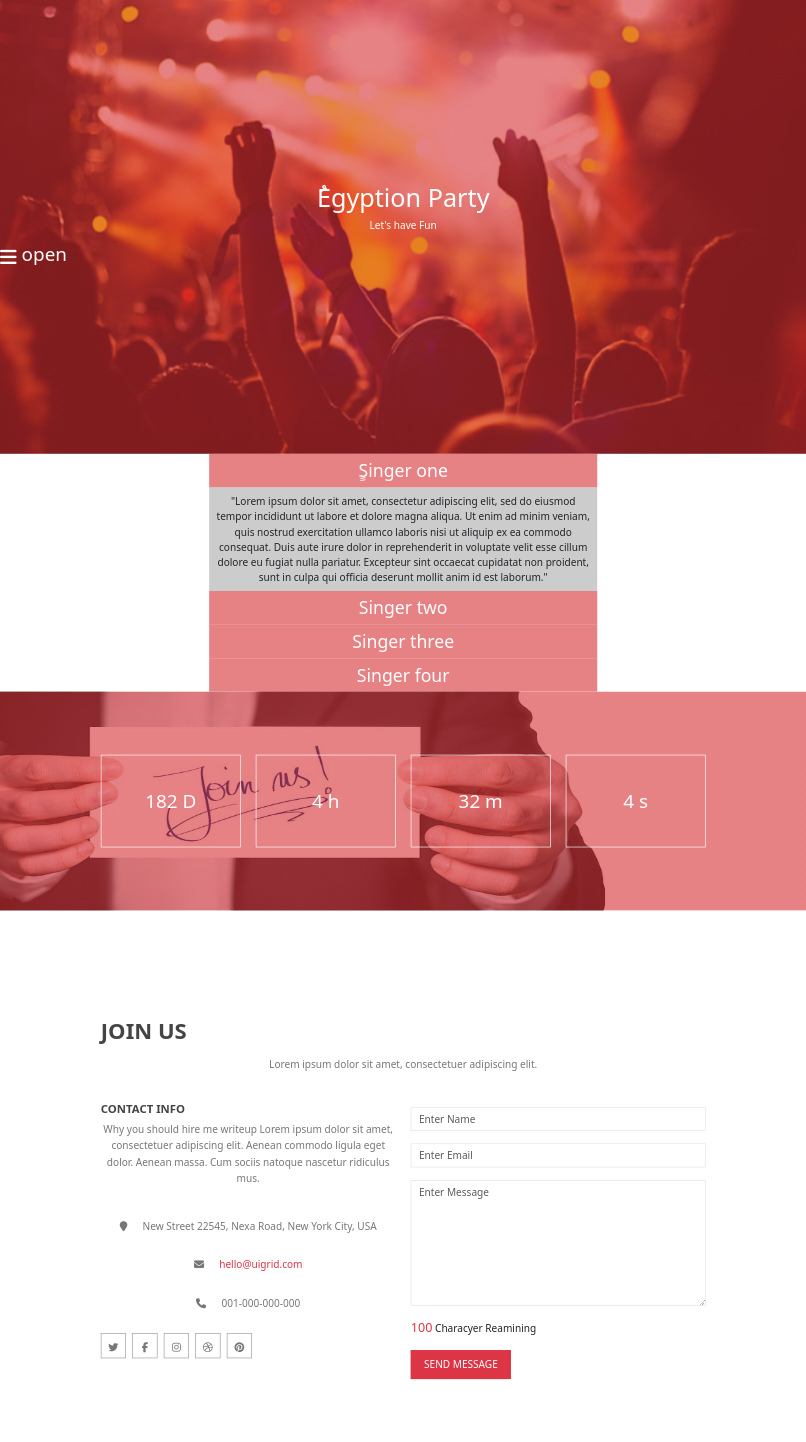
Repository: HagarYousry/jQuery
Page: index.html
An editor plug-in stored every save of this project. The page is shown before and after a run of saves, followed by the edit.
The browser window is 1280 px wide. The pictures show the whole page, at 63% of full size.

Above is the page before, as saved 2024-07-25 20:13:09.

### index.html
<!DOCTYPE html>
<html lang="en">

<head>
    <meta charset="UTF-8">
    <meta name="viewport" content="width=device-width, initial-scale=1.0">
    <title>Egyption party</title>
    <!-- web fonts  -->
    <link rel="stylesheet" href="css/all.min.css">
    <!-- bootstrap -->
    <link rel="stylesheet" href="css/bootstrap.min.css">
    <!-- main css -->
    <link rel="stylesheet" href="css/main.css">
</head>

<body>
    <!--start home  -->
    <section id="home">
        <div id="sideNav" class="bg-black p-5">
            <a class="p-0 closeIcon">
                <i class="fa-solid fa-xmark "></i>
            </a>
            <a class="sideNav-link mt-2" href="#home">Home</a>
            <a class="sideNav-link" href="#Acordion">Duration</a>
            <a class="sideNav-link" href="#contact">Contact</a>
            <a class="sideNav-link" href="#count">Details</a>
        </div>

        <div class="home-title d-flex justify-content-center align-items-center flex-column vh-100 text-white">
            <h1>ُEgyption Party</h1>
            <p>Let's have Fun</p>
            <span class="navIcon align-self-start d-flex align-items-center">
                <i class="fa-solid fa-bars"></i>
                <h4 class="ms-2">open</h4>
            </span>
        </div>
    </section>
    <!-- start Acordion section  -->
    <section id="Acordion" class="text-center">

        <div class="container w-50 ">
            <h3 class="toggle">ٍSinger one</h3>
            <div class="inner first">"Lorem ipsum dolor sit amet, consectetur adipiscing elit, sed do eiusmod tempor
                incididunt ut labore et dolore magna aliqua. Ut enim ad minim veniam, quis nostrud exercitation ullamco
                laboris nisi ut aliquip ex ea commodo consequat. Duis aute irure dolor in reprehenderit in voluptate
                velit
                esse cillum dolore eu fugiat nulla pariatur. Excepteur sint occaecat cupidatat non proident, sunt in
                culpa
                qui officia deserunt mollit anim id est laborum."
            </div>


            <h3 class="toggle">Singer two</h3>
            <div class="inner">"Sed ut perspiciatis unde omnis iste natus error sit voluptatem accusantium doloremque
                laudantium, totam rem aperiam, eaque ipsa quae ab illo inventore veritatis et quasi architecto beatae
                vitae
                dicta sunt explicabo. Nemo enim ipsam voluptatem quia voluptas sit aspernatur aut odit aut fugit, sed
                quia
                consequuntur magni dolores eos qui ratione voluptatem sequi nesciunt. Neque porro quisquam est, qui
                dolorem
                ipsum quia dolor sit amet, consectetur, adipisci velit, sed quia non numquam eius modi tempora incidunt
                ut
                labore et dolore magnam aliquam quaerat voluptatem. Ut enim ad minima veniam, quis nostrum
                exercitationem
                ullam corporis suscipit laboriosam, nisi ut aliquid ex ea commodi consequatur? Quis autem vel eum iure
                reprehenderit qui in ea voluptate velit esse quam nihil molestiae consequatur, vel illum qui dolorem eum
                fugiat quo voluptas nulla pariatur?"
            </div>


            <h3 class="toggle">Singer three</h3>
            <div class="inner">"But I must explain to you how all this mistaken idea of denouncing pleasure and praising
                pain was born and I will give you a complete account of the system, and expound the actual teachings of
                the
                great explorer of the truth, the master-builder of human happiness. No one rejects, dislikes, or avoids
                pleasure itself, because it is pleasure, but because those who do not know how to pursue pleasure
                rationally
                encounter consequences that are extremely painful. Nor again is there anyone who loves or pursues or
                desires
                to obtain pain of itself, because it is pain, but because occasionally circumstances occur in which toil
                and
                pain can procure him some great pleasure. To take a trivial example, which of us ever undertakes
                laborious
                physical exercise, except to obtain some advantage from it? But who has any right to find fault with a
                man
                who chooses to enjoy a pleasure that has no annoying consequences, or one who avoids a pain that
                produces no
                resultant pleasure?"
            </div>


            <h3 class="toggle">Singer four</h3>
            <div class="inner">"At vero eos et accusamus et iusto odio dignissimos ducimus qui blanditiis praesentium
                voluptatum deleniti atque corrupti quos dolores et quas molestias excepturi sint occaecati cupiditate
                non
                provident, similique sunt in culpa qui officia deserunt mollitia animi, id est laborum et dolorum fuga.
                Et
                harum quidem rerum facilis est et expedita distinctio. Nam libero tempore, cum soluta nobis est eligendi
                optio cumque nihil impedit quo minus id quod maxime placeat facere possimus, omnis voluptas assumenda
                est,
                omnis dolor repellendus. Temporibus autem quibusdam et aut officiis debitis aut rerum necessitatibus
                saepe
                eveniet ut et voluptates repudiandae sint et molestiae non recusandae. Itaque earum rerum hic tenetur a
                sapiente delectus, ut aut reiciendis voluptatibus maiores alias consequatur aut perferendis doloribus
                asperiores repellat."

            </div>

        </div>
    </section>
    <!-- end Acordion section  -->

    <!-- start count section  -->
    <section id="count">
        <div class="container-fluid w-75 text-center text-white">
            <div class="row">
                <div class="col-md-3">
                    <div class="time">
                        <span class="days">00</span>
                    </div>
                </div>

                <div class="col-md-3">
                    <div class="time">
                        <span class="hours">00</span>
                    </div>
                </div>

                <div class="col-md-3">
                    <div class="time">
                        <span class="minutes">00</span>
                    </div>
                </div>

                <div class="col-md-3">
                    <div class="time">
                        <span class="seconds">00</span>
                    </div>
                </div>

            </div>
        </div>
    </section>
    <!-- end count section  -->

    <!-- start contact-us section  -->
    <section id="contact">
        <div class="container-fluid w-75">
            <div class="head">
                <h2 class="text-uppercase fw-bold">Join Us</h2>
                <p class="text-center">Lorem ipsum dolor sit amet, consectetuer adipiscing elit.</p>
            </div>
            <div class="row mt-5">
                <div class="col-md-6">
                    <div class="col-info">
                        <h3 class="text-uppercase">CONTACT INFO</h3>
                        <p class="text-center">Why you should hire me writeup Lorem ipsum dolor sit amet, consectetuer
                            adipiscing elit.
                            Aenean commodo ligula eget dolor. Aenean massa. Cum sociis natoque nascetur ridiculus mus.
                        </p>

                        <div class="icons text-center">
                            <p><i class="fa fa-map-marker"></i> New Street 22545, Nexa Road, New York City, USA</p>

                            <p class="text-danger"><i class="fa fa-envelope"></i> hello@uigrid.com</p>
                            <p><i class="fa fa-phone"></i> 001-000-000-000</p>
                        </div>

                        <div class="social d-flex align-items-center">

                            <i class="fab fa-twitter fa-fw"></i>
                            <i class="fab fa-facebook-f fa-fw"></i>
                            <i class="fab fa-instagram fa-fw"></i>
                            <i class="fab fa-dribbble fa-fw"></i>
                            <i class="fab fa-pinterest fa-fw"></i>

                        </div>
                    </div>
                </div>

                <div class="col-md-6">
                    <form>

                        <input class="form-control mt-2" type="text" placeholder="Enter Name">
                        <input class="form-control" type="email" placeholder="Enter Email">
                        <textarea class="form-control " placeholder="Enter Message"></textarea>
                        <span id="chars" class="text-danger">100</span> Characyer Reamining
                        <button class="btn btn-danger text-uppercase">Send Message</button>

                    </form>
                </div>
            </div>
        </div>
    </section>
    <!-- end contact-us section  -->


    <!-- jquery  -->
    <script src="js/jquery-3.7.1.min.js"></script>
    <!-- index js  -->
    <script src="js/index.js"></script>


</body>

</html>

### css/main.css
#home{
    height: 100vh;
    background-image: linear-gradient(rgba(214, 46, 51, 0.6), rgba(214, 46, 51, 0.6)),
        url(../imgs/events-heavenly-header.jpg);
    background-position: center;
    background-size: cover;
    background-repeat: no-repeat;
}

#sideNav {
    position: fixed;
    top: 0;
    bottom: 0;
    left: 0;
    display: flex;
    flex-direction: column;
    z-index: 9999;
}

#sideNav a{
    padding: 20px;
    text-decoration: none;
    font-size: 25px;
    color: #818181;
    display: block;
    color: white;
    transition: 0.3s;
}

.closeIcon {
    position: absolute;
    top: 0;
    right: 25px;
    font-size: 26px;
    margin-left: 50px;
    color: white;
    padding-bottom: 10px;
    transition: 0.3s;
    cursor: pointer;
}

#sideNav a:hover {
    color: rgba(214, 46, 51, 0.4);
}

.navIcon i,
.navIcon h4 {
    font-size: 30px;
    cursor: pointer;
}

/* #sideNav {
    position: fixed;
    top: 0;
    bottom: 0;
    left: 0;
    display: flex;
    z-index: 9999;
}

#sideNav .navAnchor {
    padding: 40px 0 0 0;
    position: relative;
}

#sideNav .navAnchor ul {
    padding: 0 20px 0 20px;
}

#sideNav .navAnchor ul li {
    padding: 25px;
    list-style: none;
    cursor: pointer;
}

#sideNav .navAnchor ul li:hover a {
    color: rgba(214, 46, 51, 0.4);
}

#sideNav .navAnchor ul li a {
    text-decoration: none;
    font-size: 25px;
    color: white;
    transition: 0.3s all;
}


.closeIcon {
    position: absolute;
    top: 0;
    right: 25px;
    font-size: 26px;
    margin-left: 50px;
    color: white;
}

.navIcon {
    border-radius: 20px 20px;
}

.navIcon i,
.navIcon h4 {
    font-size: 30px;
    cursor: pointer;
}

@media (max-width: 991.98px) {
    .navIcon {
        align-self: flex-start !important;
    }

    .navIcon .navIcon-content {
        flex-direction: column;
    }
}


header {
    height: 100vh;
    background-image: linear-gradient(rgba(214, 46, 51, 0.6), rgba(214, 46, 51, 0.6)),
        url(../imgs/events-heavenly-header.jpg);
    background-position: center;
    background-size: cover;
    background-repeat: no-repeat;
}

header h1 {
    font-size: 60px;
} */



/* start Acordion section  */
#Acordion {
    padding: 100px auto;
}

.toggle {
    background-color: rgba(214, 46, 51, 0.6);
    cursor: pointer;
    color: white;
    padding: 10px;
    margin: 0px;
}

.inner {
    background-color: rgb(204, 204, 204);
    display: none;
    padding: 10px;
}

#Acordion .first {
    display: block;
}

/* end Acordion section  */

/* start count section  */

#count {
    background-image: linear-gradient(rgba(214, 46, 51, 0.6), rgba(214, 46, 51, 0.6)), url(../imgs/invitation-2508607__340.jpg);
    background-repeat: no-repeat;
    background-position: center center;
    background-size: 100% 100%;
    position: relative;
}

.container-fluid {
    padding: 100px 0px;
}

.time {
    padding: 50px;
    border: 1px solid #FFF;
    font-weight: 500;
    font-size: 30px;
}

/* end count section  */

/* start contact-us section  */
#contact {
    margin-top: 70px;
}

#contact .head h2 {
    font-size: 35px;
    color: #444;
    margin-bottom: 20px;
}

#contact .head p {
    color: #777;
    font-weight: 300;
    font-size: 16px;
}

#contact .col-md-6 .col-info .icons {
    margin-top: 50px;
}

#contact .col-md-6 .col-info .icons p {
    margin-bottom: 35px;
}

#contact .col-md-6 .col-info h3 {
    color: #444;
    font-size: 18px;
    font-weight: 900;
}

#contact .col-md-6 .col-info p {
    font-size: 16px;
    line-height: 26px;
    color: #777;
}

#contact i {
    margin-right: 20px;
    color: #777;
}

#contact .col-md-6 .col-info .social i {
    margin-right: 10px;
    border: 1px solid #999;
    width: 40px;
    height: 40px;
    line-height: 42px;
    cursor: pointer;
    text-align: center;
    transition: 0.5s all;
}

#contact .col-md-6 .col-info .social i:hover {
    color: #fff;
    background-color: #D62E33;
    border: 1px solid #D62E33;
}

#contact .col-md-6 form input,
#contact .col-md-6 form textarea {
    margin-bottom: 20px;
    border-radius: 0;
}

#contact .col-md-6 form textarea {
    height: 200px;
    resize: vertical;
}

#contact .col-md-6 form button {
    padding: 10px 20px;
    border-radius: 0;
    margin-top: 20px;
    display: block;
}

#contact .col-md-6 form #chars {
    font-size: 20px;
}
/* end contact-us section  */

### js/index.js
/// <reference types="../@types/jquery"/>

// start sideNav

const sideNavwidth = $('#sideNav').outerWidth(true);
console.log(sideNavwidth);


//! first: Close sideNav
$('#sideNav')
    .animate({ left: -sideNavwidth }, 0);

// open
$('.navIcon')
    .on('click', function () {
        $(this).anomate
        $('#sideNav').animate({left :0 }, 1000);


    })

//! closeIcon
$('.closeIcon')
    .on('click', function () {
        isOpen = !isOpen;
        $('#sideNav')
            .animate({ left: -sideNavwidth }, 1000);
        $('.home-content').animate({ marginLeft: 0 }, 1000)
    })


//! scroll to sections
$('.sideNav-link[href^="#"]')
    .on('click', function () {
        const sectionId = $(this).attr('href');
        // console.log(section);
        //! get section top
        const sectionTop = $(sectionId).offset().top;
        // console.log(top);
        $('html , body')
            .animate({ scrollTop: sectionTop }, 2000)
    })

// end sideNav section

// start Acordion section
//! slideToggle effect
$('#Acordion .toggle').on('click', function () {
    //! slide up all inner except the one i clicked on
    $('.inner').not($(this).next()).slideUp(500);
    //! slide toggle
    $(this).next().slideToggle(500);
});
// end Acordion section

//start count section
$(window).on('load', function () {
    countDownTime("24 january 2025 00:00:00");
})


function countDownTime(countTo) {

    //! get countTo date
    let futureDate = new Date(countTo);
    futureDate = (futureDate.getTime() / 1000);
    // console.log(futureDate);

    //! get current date
    let now = new Date();
    // console.log(now);
    now = (now.getTime() / 1000);

    //! get the difference between current date and countTo date by sec
    timeDifference = (futureDate - now);

    //?(24 * 60 * 60) ==> num. of sec in day ==> 86400
    let days = Math.floor(timeDifference / 86400);
    let hours = Math.floor((timeDifference - (days * 86400)) / 3600);
    let mins = Math.floor((timeDifference - (days * 86400) - (hours * 3600)) / 60);
    let secs = Math.floor((timeDifference - (days * 86400) - (hours * 3600) - (mins * 60)))


    $(".days").html(`${days} D`);
    $(".hours").html(`${hours} h`);
    $(".minutes").html(`${mins} m`);
    $('.seconds').html(`${secs} s`)

    //! Repeating the Countdown Every Second
    setInterval(function () {
        countDownTime(countTo);
    }, 1000);
}
//end count section

//start contact-us section
let maxLength = 100;
$('textarea').on('keyup', function () {
    //! val as getter ==> lenght
    let length = $(this).val().length;
    // console.log(length);
    let AmountLeft = maxLength - length;
    console.log(AmountLeft);
    if (AmountLeft <= 0) {
        $("#chars").text("your available characters finished");
    }
    else {
        $("#chars").text(AmountLeft);
    }
});
//end contact-us section

Loaded but not shown: css/all.min.css (library); css/bootstrap.min.css (library); js/jquery-3.7.1.min.js (library)

After the next 4 saves:
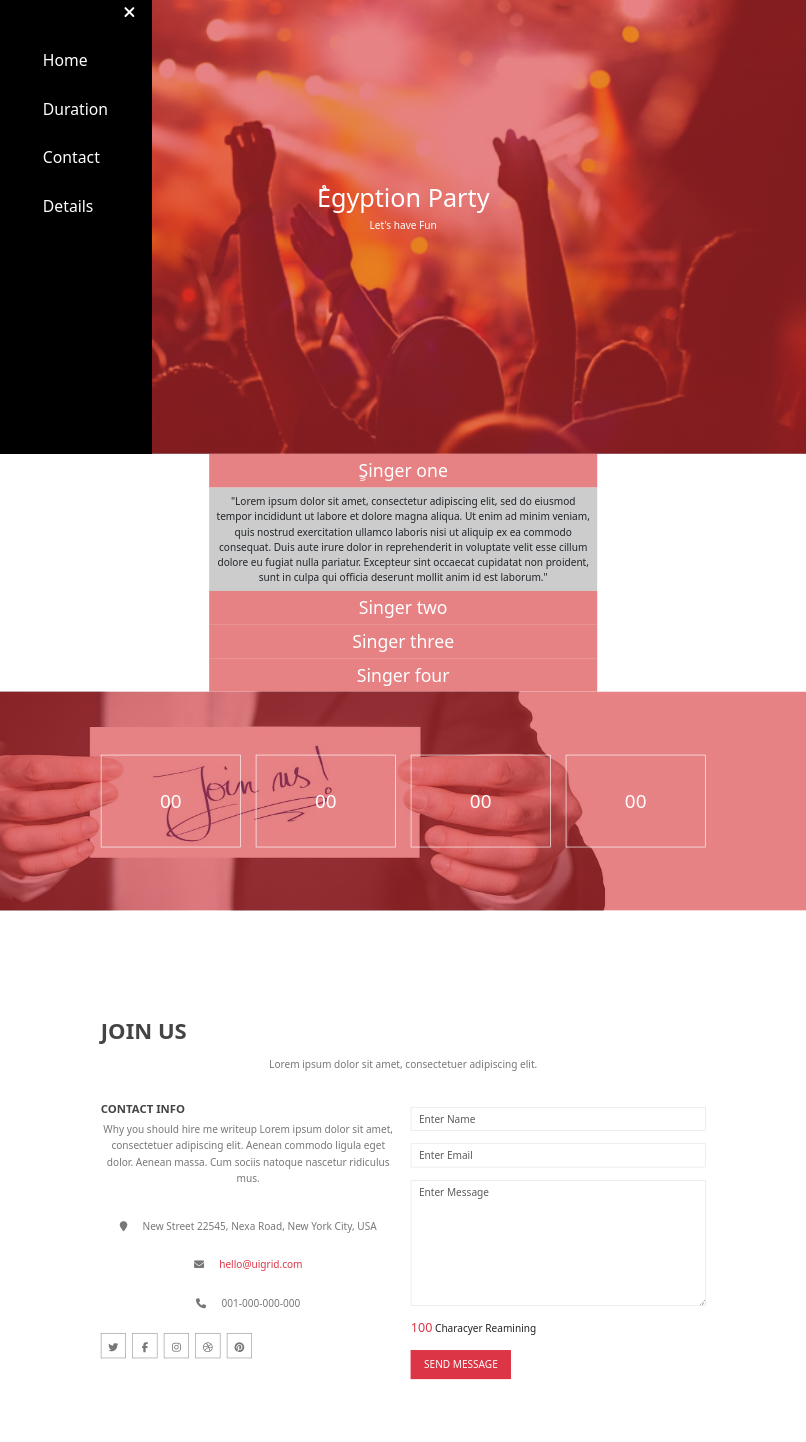
Console error: SyntaxError: Unexpected token '}'
The 4 saves are shown as one change because they came seconds apart.
The last was saved 14 s later.
--- a/js/index.js
+++ b/js/index.js
@@ -13,7 +13,7 @@
 // open
 $('.navIcon')
     .on('click', function () {
-        $(this).anomate
+        $(this).animate({left: })
         $('#sideNav').animate({left :0 }, 1000);
 
 

After the save that followed:
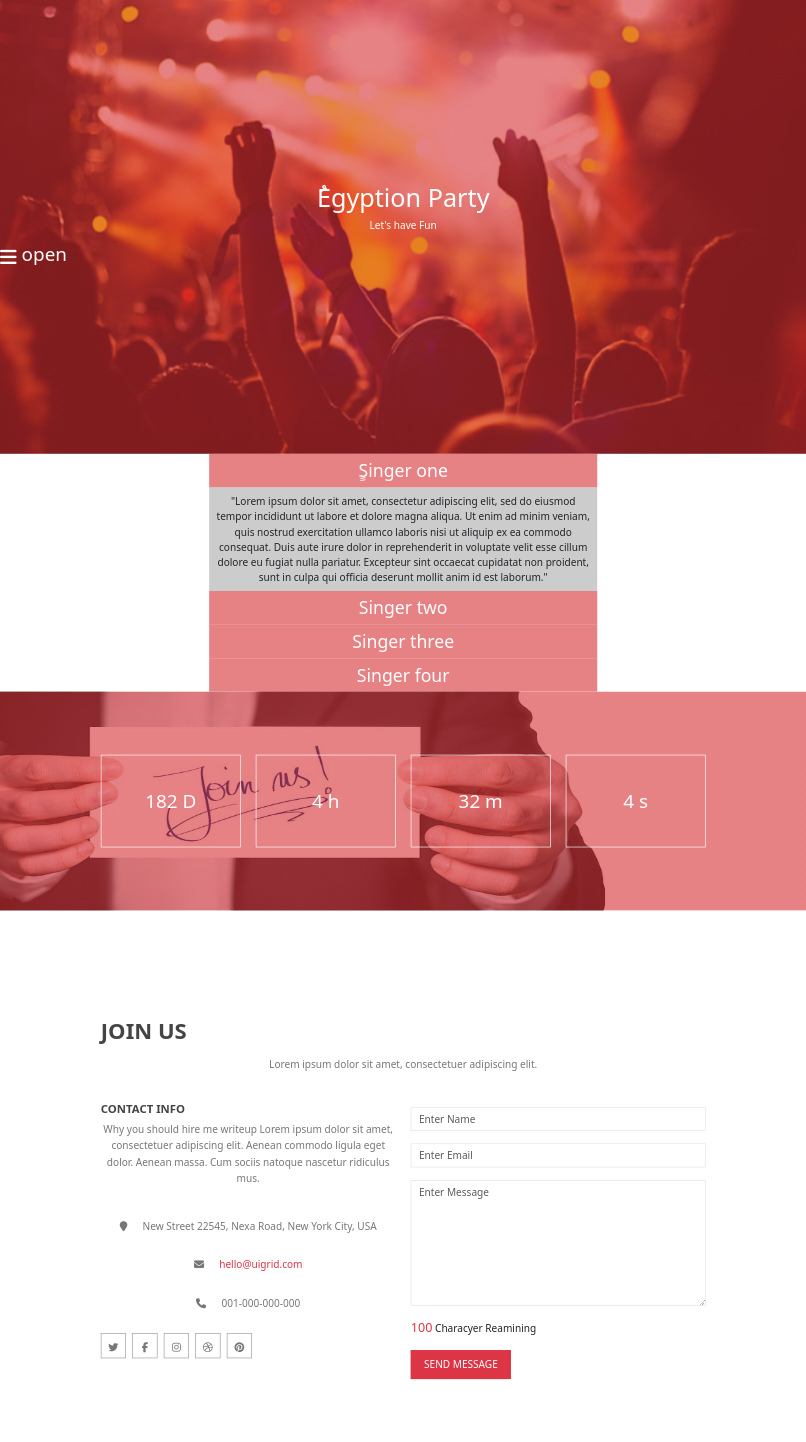
The error is gone.
Saved 5 s later.
--- a/js/index.js
+++ b/js/index.js
@@ -13,7 +13,7 @@
 // open
 $('.navIcon')
     .on('click', function () {
-        $(this).animate({left: })
+        $(this).animate({left:sideNavwidth })
         $('#sideNav').animate({left :0 }, 1000);
 
 
